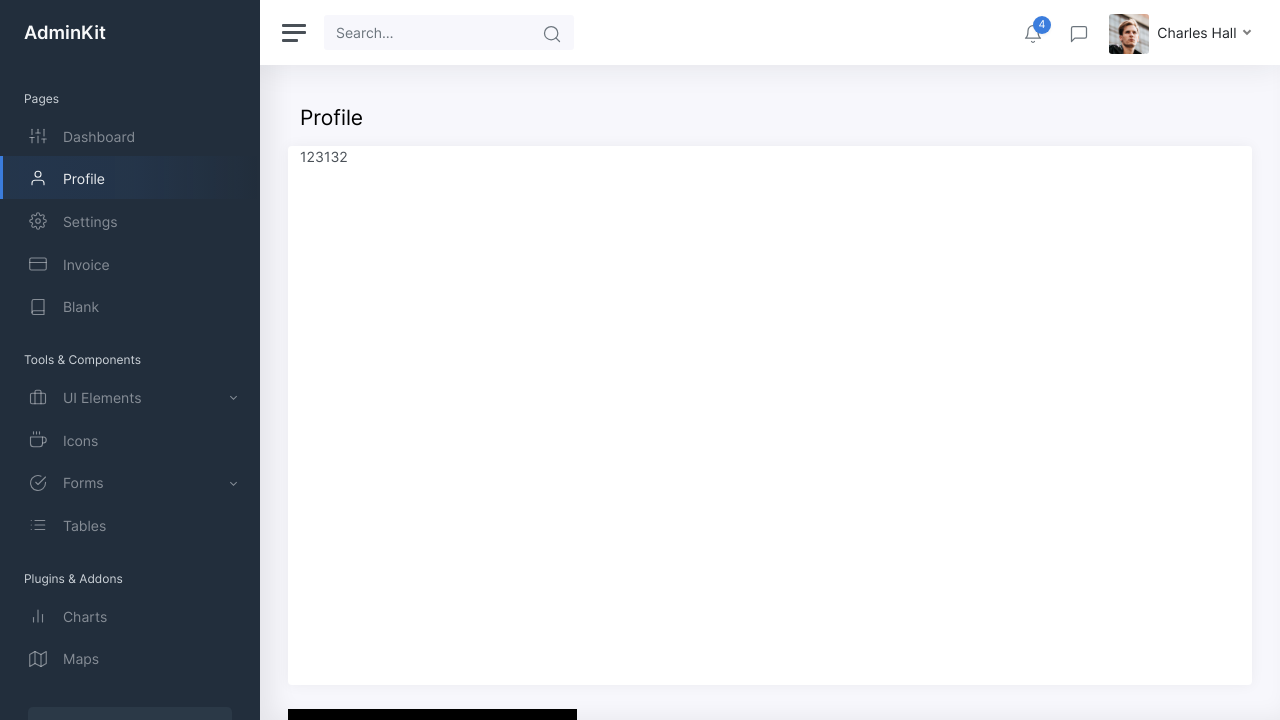
Repository: yuwei0922/WHURS-WGIS
Page: final_project/pages-profile.html
These files come from the project's save history. The page is drawn as it stood at one moment and after the next save; the edit follows.
The browser window is 1280 px wide. The pictures show the whole page.

Above is the page before, as saved 2022-12-21 20:10:08.
Not found: final_project/js/vendor.js

### final_project/pages-profile.html
<!DOCTYPE html>
<html lang="en">

<head>
	<meta charset="utf-8">
	<meta http-equiv="X-UA-Compatible" content="IE=edge">
	<meta name="viewport" content="width=device-width, initial-scale=1, shrink-to-fit=no">
	<meta name="description" content="Responsive Web UI Kit &amp; Dashboard Template based on Bootstrap">
	<meta name="author" content="AdminKit">
	<meta name="keywords" content="adminkit, bootstrap, web ui kit, dashboard template, admin template">
	<link rel="shortcut icon" href="img/icons/icon-48x48.png" />
	<title>Profile</title>
	<link href="css/app.css" rel="stylesheet">
	<link rel="stylesheet" href="css/content.css">
</head>

<body>
	<div class="wrapper">
		<nav id="sidebar" class="sidebar">
			<div class="sidebar-content js-simplebar">
				<a class="sidebar-brand" href="index.html">
          <span class="align-middle">AdminKit</span>
        </a>

				<ul class="sidebar-nav">
					<li class="sidebar-header">
						Pages
					</li>

					<li class="sidebar-item">
						<a class="sidebar-link" href="index.html">
              <i class="align-middle" data-feather="sliders"></i> <span class="align-middle">Dashboard</span>
            </a>
					</li>

					<li class="sidebar-item active">
						<a class="sidebar-link" href="pages-profile.html">
              <i class="align-middle" data-feather="user"></i> <span class="align-middle">Profile</span>
            </a>
					</li>

					<li class="sidebar-item">
						<a class="sidebar-link" href="pages-settings.html">
              <i class="align-middle" data-feather="settings"></i> <span class="align-middle">Settings</span>
            </a>
					</li>

					<li class="sidebar-item">
						<a class="sidebar-link" href="pages-invoice.html">
              <i class="align-middle" data-feather="credit-card"></i> <span class="align-middle">Invoice</span>
            </a>
					</li>

					<li class="sidebar-item">
						<a class="sidebar-link" href="pages-blank.html">
              <i class="align-middle" data-feather="book"></i> <span class="align-middle">Blank</span>
            </a>
					</li>

					<li class="sidebar-header">
						Tools & Components
					</li>
					<li class="sidebar-item">
						<a href="#ui" data-toggle="collapse" class="sidebar-link collapsed">
              <i class="align-middle" data-feather="briefcase"></i> <span class="align-middle">UI Elements</span>
            </a>
						<ul id="ui" class="sidebar-dropdown list-unstyled collapse " data-parent="#sidebar">
							<li class="sidebar-item"><a class="sidebar-link" href="ui-alerts.html">Alerts</a></li>
							<li class="sidebar-item"><a class="sidebar-link" href="ui-buttons.html">Buttons</a></li>
							<li class="sidebar-item"><a class="sidebar-link" href="ui-cards.html">Cards</a></li>
							<li class="sidebar-item"><a class="sidebar-link" href="ui-general.html">General</a></li>
							<li class="sidebar-item"><a class="sidebar-link" href="ui-grid.html">Grid</a></li>
							<li class="sidebar-item"><a class="sidebar-link" href="ui-modals.html">Modals</a></li>
							<li class="sidebar-item"><a class="sidebar-link" href="ui-typography.html">Typography</a></li>
						</ul>
					</li>

					<li class="sidebar-item">
						<a class="sidebar-link" href="icons-feather.html">
              <i class="align-middle" data-feather="coffee"></i> <span class="align-middle">Icons</span>
            </a>
					</li>

					<li class="sidebar-item">
						<a href="#forms" data-toggle="collapse" class="sidebar-link collapsed">
              <i class="align-middle" data-feather="check-circle"></i> <span class="align-middle">Forms</span>
            </a>
						<ul id="forms" class="sidebar-dropdown list-unstyled collapse " data-parent="#sidebar">
							<li class="sidebar-item"><a class="sidebar-link" href="forms-layouts.html">Form Layouts</a></li>
							<li class="sidebar-item"><a class="sidebar-link" href="forms-basic-inputs.html">Basic Inputs</a></li>
						</ul>
					</li>

					<li class="sidebar-item">
						<a class="sidebar-link" href="tables-bootstrap.html">
              <i class="align-middle" data-feather="list"></i> <span class="align-middle">Tables</span>
            </a>
					</li>

					<li class="sidebar-header">
						Plugins & Addons
					</li>

					<li class="sidebar-item">
						<a class="sidebar-link" href="charts-chartjs.html">
              <i class="align-middle" data-feather="bar-chart-2"></i> <span class="align-middle">Charts</span>
            </a>
					</li>

					<li class="sidebar-item">
						<a class="sidebar-link" href="maps-google.html">
              <i class="align-middle" data-feather="map"></i> <span class="align-middle">Maps</span>
            </a>
					</li>
				</ul>

				<div class="sidebar-cta">
					<div class="sidebar-cta-content">
						<strong class="d-inline-block mb-2">Upgrade to Pro</strong>
						<div class="mb-3 text-sm">
							Are you looking for more components?
						</div>
						<a href="#" target="_blank" class="btn btn-outline-primary btn-block">Upgrade</a>
					</div>
				</div>
			</div>
		</nav>

		<div class="main">
			<nav class="navbar navbar-expand navbar-light navbar-bg">
				<a class="sidebar-toggle d-flex">
          <i class="hamburger align-self-center"></i>
        </a>

				<form class="form-inline d-none d-sm-inline-block">
					<div class="input-group input-group-navbar">
						<input type="text" class="form-control" placeholder="Search…" aria-label="Search">
						<div class="input-group-append">
							<button class="btn" type="button">
                <i class="align-middle" data-feather="search"></i>
              </button>
						</div>
					</div>
				</form>

				<div class="navbar-collapse collapse">
					<ul class="navbar-nav navbar-align">
						<li class="nav-item dropdown">
							<a class="nav-icon dropdown-toggle" href="#" id="alertsDropdown" data-toggle="dropdown">
								<div class="position-relative">
									<i class="align-middle" data-feather="bell"></i>
									<span class="indicator">4</span>
								</div>
							</a>
							<div class="dropdown-menu dropdown-menu-lg dropdown-menu-right py-0" aria-labelledby="alertsDropdown">
								<div class="dropdown-menu-header">
									4 New Notifications
								</div>
								<div class="list-group">
									<a href="#" class="list-group-item">
										<div class="row no-gutters align-items-center">
											<div class="col-2">
												<i class="text-danger" data-feather="alert-circle"></i>
											</div>
											<div class="col-10">
												<div class="text-dark">Update completed</div>
												<div class="text-muted small mt-1">Restart server 12 to complete the update.</div>
												<div class="text-muted small mt-1">30m ago</div>
											</div>
										</div>
									</a>
									<a href="#" class="list-group-item">
										<div class="row no-gutters align-items-center">
											<div class="col-2">
												<i class="text-warning" data-feather="bell"></i>
											</div>
											<div class="col-10">
												<div class="text-dark">Lorem ipsum</div>
												<div class="text-muted small mt-1">Aliquam ex eros, imperdiet vulputate hendrerit et.</div>
												<div class="text-muted small mt-1">2h ago</div>
											</div>
										</div>
									</a>
									<a href="#" class="list-group-item">
										<div class="row no-gutters align-items-center">
											<div class="col-2">
												<i class="text-primary" data-feather="home"></i>
											</div>
											<div class="col-10">
												<div class="text-dark">Login from 192.186.1.8</div>
												<div class="text-muted small mt-1">5h ago</div>
											</div>
										</div>
									</a>
									<a href="#" class="list-group-item">
										<div class="row no-gutters align-items-center">
											<div class="col-2">
												<i class="text-success" data-feather="user-plus"></i>
											</div>
											<div class="col-10">
												<div class="text-dark">New connection</div>
												<div class="text-muted small mt-1">Christina accepted your request.</div>
												<div class="text-muted small mt-1">14h ago</div>
											</div>
										</div>
									</a>
								</div>
								<div class="dropdown-menu-footer">
									<a href="#" class="text-muted">Show all notifications</a>
								</div>
							</div>
						</li>
						<li class="nav-item dropdown">
							<a class="nav-icon dropdown-toggle" href="#" id="messagesDropdown" data-toggle="dropdown">
								<div class="position-relative">
									<i class="align-middle" data-feather="message-square"></i>
								</div>
							</a>
							<div class="dropdown-menu dropdown-menu-lg dropdown-menu-right py-0" aria-labelledby="messagesDropdown">
								<div class="dropdown-menu-header">
									<div class="position-relative">
										4 New Messages
									</div>
								</div>
								<div class="list-group">
									<a href="#" class="list-group-item">
										<div class="row no-gutters align-items-center">
											<div class="col-2">
												<img src="img/avatars/avatar-5.jpg" class="avatar img-fluid rounded-circle" alt="Vanessa Tucker">
											</div>
											<div class="col-10 pl-2">
												<div class="text-dark">Vanessa Tucker</div>
												<div class="text-muted small mt-1">Nam pretium turpis et arcu. Duis arcu tortor.</div>
												<div class="text-muted small mt-1">15m ago</div>
											</div>
										</div>
									</a>
									<a href="#" class="list-group-item">
										<div class="row no-gutters align-items-center">
											<div class="col-2">
												<img src="img/avatars/avatar-2.jpg" class="avatar img-fluid rounded-circle" alt="William Harris">
											</div>
											<div class="col-10 pl-2">
												<div class="text-dark">William Harris</div>
												<div class="text-muted small mt-1">Curabitur ligula sapien euismod vitae.</div>
												<div class="text-muted small mt-1">2h ago</div>
											</div>
										</div>
									</a>
									<a href="#" class="list-group-item">
										<div class="row no-gutters align-items-center">
											<div class="col-2">
												<img src="img/avatars/avatar-4.jpg" class="avatar img-fluid rounded-circle" alt="Christina Mason">
											</div>
											<div class="col-10 pl-2">
												<div class="text-dark">Christina Mason</div>
												<div class="text-muted small mt-1">Pellentesque auctor neque nec urna.</div>
												<div class="text-muted small mt-1">4h ago</div>
											</div>
										</div>
									</a>
									<a href="#" class="list-group-item">
										<div class="row no-gutters align-items-center">
											<div class="col-2">
												<img src="img/avatars/avatar-3.jpg" class="avatar img-fluid rounded-circle" alt="Sharon Lessman">
											</div>
											<div class="col-10 pl-2">
												<div class="text-dark">Sharon Lessman</div>
												<div class="text-muted small mt-1">Aenean tellus metus, bibendum sed, posuere ac, mattis non.</div>
												<div class="text-muted small mt-1">5h ago</div>
											</div>
										</div>
									</a>
								</div>
								<div class="dropdown-menu-footer">
									<a href="#" class="text-muted">Show all messages</a>
								</div>
							</div>
						</li>
						<li class="nav-item dropdown">
							<a class="nav-icon dropdown-toggle d-inline-block d-sm-none" href="#" data-toggle="dropdown">
                <i class="align-middle" data-feather="settings"></i>
              </a>

							<a class="nav-link dropdown-toggle d-none d-sm-inline-block" href="#" data-toggle="dropdown">
                <img src="img/avatars/avatar.jpg" class="avatar img-fluid rounded mr-1" alt="Charles Hall" /> <span class="text-dark">Charles Hall</span>
              </a>
							<div class="dropdown-menu dropdown-menu-right">
								<a class="dropdown-item" href="pages-profile.html"><i class="align-middle mr-1" data-feather="user"></i> Profile</a>
								<a class="dropdown-item" href="#"><i class="align-middle mr-1" data-feather="pie-chart"></i> Analytics</a>
								<div class="dropdown-divider"></div>
								<a class="dropdown-item" href="pages-settings.html"><i class="align-middle mr-1" data-feather="settings"></i> Settings & Privacy</a>
								<a class="dropdown-item" href="#"><i class="align-middle mr-1" data-feather="help-circle"></i> Help Center</a>
								<div class="dropdown-divider"></div>
								<a class="dropdown-item" href="#">Log out</a>
							</div>
						</li>
					</ul>
				</div>
			</nav>

			<main class="content">
				<div class="container-fluid p-0 map-background">

					<h1 class="h3 mb-3">Profile</h1>

					<div class="row map-background">
						<div class="card col-12 mapcontent">123132</div>
						<div class="select-contronller">
					</div>


					</div>
				</div>

			</main>


	</div>

	<script src="js/vendor.js"></script>
	<script src="js/app.js"></script>

</body>

</html>

### final_project/css/content.css
.map-background{
    height:100%;
}

.mapcontent{
    height: 90%;
}

.select-contronller{
    display: inline-block;
    height: 400px;
    background-color: black;
    width: 30%;
}

Loaded but not shown: final_project/css/app.css (library); final_project/js/app.js (library)

After the next save:
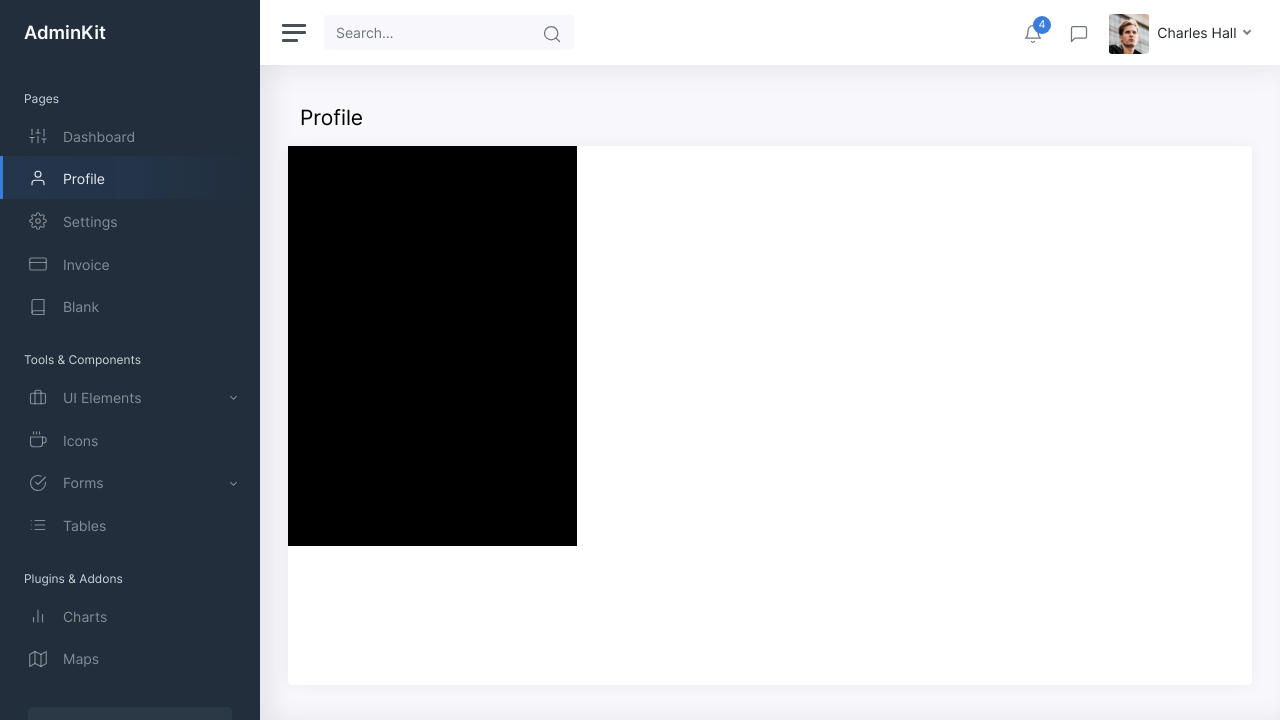
Saved 37 s later.
--- a/final_project/pages-profile.html
+++ b/final_project/pages-profile.html
@@ -308,8 +308,6 @@
 						<div class="card col-12 mapcontent">123132</div>
 						<div class="select-contronller">
 					</div>
-
-
 					</div>
 				</div>
 
--- a/final_project/css/content.css
+++ b/final_project/css/content.css
@@ -1,5 +1,6 @@
 .map-background{
     height:100%;
+    position: relative;
 }
 
 .mapcontent{
@@ -8,6 +9,7 @@
 
 .select-contronller{
     display: inline-block;
+    position: absolute;
     height: 400px;
     background-color: black;
     width: 30%;
